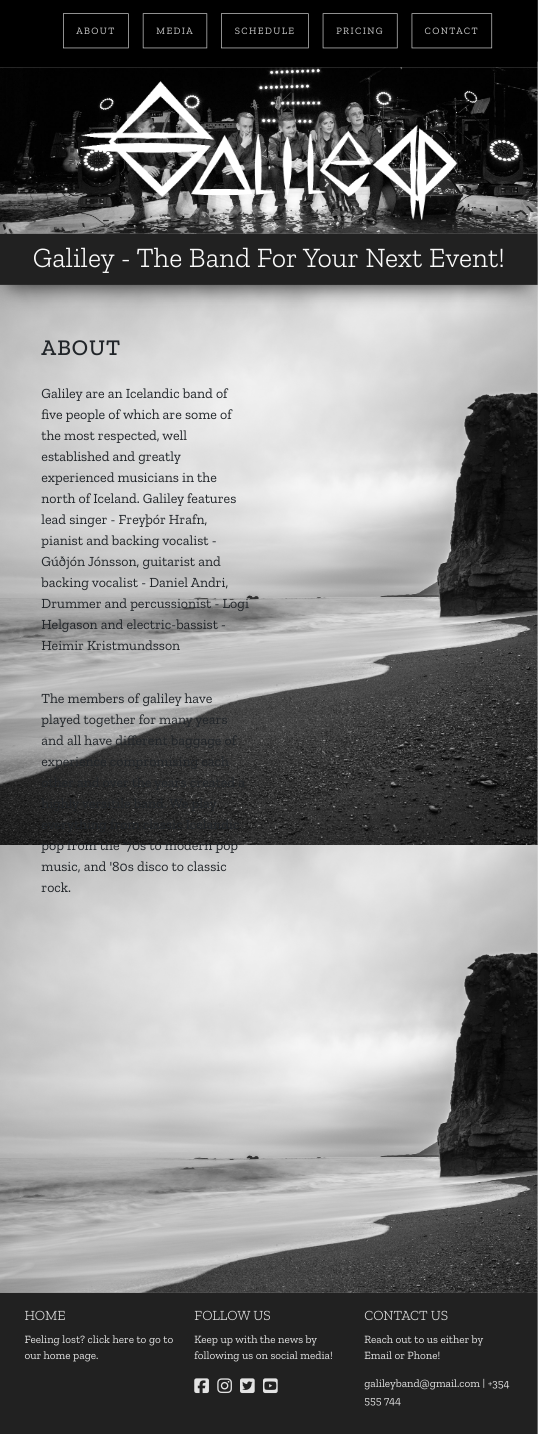
Repository: HeimirDavid/Galiley-Website
Page: index.html
The author's editor kept a record of every edit. The page is drawn from the files as they stood at one moment, then again after the next edit.
The browser window is 768 px wide. The pictures show the whole page, at 70% of full size.
Backgrounds fixed to the window are drawn as part of the page. Some web libraries are served in a nearby version.

Above is the page before.

### index.html
<!DOCTYPE html>
<html lang="en">

<head>
    <meta charset="UTF-8">
    <meta name="viewport" content="width=device-width, initial-scale=1.0">
    <meta http-equiv="X-UA-Compatible" content="ie=edge">

    <link rel="stylesheet" href="https://stackpath.bootstrapcdn.com/bootstrap/4.3.1/css/bootstrap.min.css" integrity="sha384-ggOyR0iXCbMQv3Xipma34MD+dH/1fQ784/j6cY/iJTQUOhcWr7x9JvoRxT2MZw1T" crossorigin="anonymous">
    <link rel="stylesheet" href="https://cdnjs.cloudflare.com/ajax/libs/hover.css/2.3.1/css/hover-min.css" type="text/css" />
    <link rel="stylesheet" href="assets/css/style.css" type="text/css" />

    <script src="https://code.jquery.com/jquery-3.3.1.slim.min.js" integrity="sha384-q8i/X+965DzO0rT7abK41JStQIAqVgRVzpbzo5smXKp4YfRvH+8abtTE1Pi6jizo" crossorigin="anonymous"></script>
    <script src="https://cdnjs.cloudflare.com/ajax/libs/popper.js/1.14.7/umd/popper.min.js" integrity="sha384-UO2eT0CpHqdSJQ6hJty5KVphtPhzWj9WO1clHTMGa3JDZwrnQq4sF86dIHNDz0W1" crossorigin="anonymous"></script>
    <script src="https://stackpath.bootstrapcdn.com/bootstrap/4.3.1/js/bootstrap.min.js" integrity="sha384-JjSmVgyd0p3pXB1rRibZUAYoIIy6OrQ6VrjIEaFf/nJGzIxFDsf4x0xIM+B07jRM" crossorigin="anonymous"></script>
    <script src="https://kit.fontawesome.com/2ea8c5e5d2.js" crossorigin="anonymous"></script>

    <title>Galiley</title>
</head>

<body>
    <header>
        <!------ Header Navigation Menu, Mainly written with bootstrap  ------>
        <div class="row no-gutters">
            <div class="col black-container">
                <nav class="navbar fixed-top navbar-expand-md navbar-dark bg-dark" id="navbar-black-color"> <!-- Navbar position with help of this  -->
                    <a class="navbar-brand" href="index.html">Galiley - Home</a>                            <!-- tutorial: https://www.youtube.com/watch?v=NzjU1GmKosQ&t=90s  -->
                    <button class="navbar-toggler" type="button" data-toggle="collapse" data-target="#navbarSupportedContent" aria-controls="navbarSupportedContent" aria-expanded="false" aria-label="Toggle navigation">
                    <span class="navbar-toggler-icon"></span></button>
                    <div class="collapse navbar-collapse" id="navbarSupportedContent">
                        <ul class="navbar-nav m-auto">
                            <li class="nav-item menuitem">
                                <a class="nav-link" href="index.html"><span>About</span></a>
                            </li>
                            <li class="nav-item menuitem">
                                <a class="nav-link" href="media.html"><span>Media</span></a>
                            </li>
                            <li class="nav-item menuitem">
                                <a class="nav-link" href="schedule.html"><span>Schedule</span></a>
                            </li>
                            <li class="nav-item menuitem">
                                <a class="nav-link" href="pricing.html"><span>Pricing</span></a>
                            </li>
                            <li class="nav-item menuitem">
                                <a class="nav-link" href="contact.html"><span>Contact</span></a>
                            </li>
                        </ul>
                    </div>
                </nav>
            </div>
        </div>

        <!------ Header Logo Image ------>
        <div class="logo-container">
            <div class="row no-gutters">
                <div class="col header-background-img">
                    <a href="#">
                    <img class="logo-white" src="assets/images/galiley_vit.png">
                </a>
                </div>
            </div>
        </div>

        <!------ Header Text  ------>
        <div class="row no-gutters">
            <div class="col h1-heading">
                <h1>Galiley - The Band For Your Next Event!</h1>
            </div>
        </div>
    </header>

    <!-- About section, inspired by sample projects at CI more specific Haley Schafer - StudentExampleProjectGradeFive-->
    <section id="about-image">
        <div class="container">
            <div class="row about-row">
                <div class="col-md-6">
                    <h2 class="header-h2 uppercase">
                        About
                    </h2>
                    <p class="about-text">
                        Galiley are an Icelandic band of five people of which are some of the most respected, well established
                        and greatly experienced musicians in the north of Iceland. Galiley features lead singer - Freyþór Hrafn,
                        pianist and backing vocalist - Gúðjón Jónsson, guitarist and backing vocalist - Daniel Andri, Drummer and
                        percussionist - Logi Helgason and electric-bassist - Heimir Kristmundsson
                    </p>
                    <p class="about-text">
                        The members of galiley have played together for many
                        years and all have different baggage of experience compromising each other and over the years created a highly
                        versitile band. We play everything from classic Icelandic pop from the '70s to modern pop music, and
                        '80s disco to classic rock.
                    </p>
                </div>
            </div>
        </div>
    </section>

    <footer>        <!------ Footer section, Mainly structured and written with the help from CI tutorials from the Resume-Project.
                             Since i liked the design and strucure and felt that it fits well within this project. ------>
        <div class="container-fluid">
            <div class="row" id="footer-details">
                <div class="col-sm-4">
                    <h5 class="uppercase footer-heading">
                        <a href="index.html" class="footer-links">Home</a>
                    </h5>
                    <p class="inline-block">Feeling lost? click here to go to our home page.</p>
                </div>

                <div class="col-sm-4">
                    <h5 class="uppercase footer-heading">Follow Us</h5>
                    <p class="inline-block">Keep up with the news by following us on social media!</p>
                    <ul class="list-inline social-media-links">
                        <li class="list-inline-item">
                            <a class="footer-links" target="_blank" href="https://www.facebook.com/GalileyBand/">
                                <i class="fab fa-facebook-square"></i>
                                <span class="sr-only">Facebook</span>
                            </a>
                        </li>
                        <li class="list-inline-item">
                            <a class="footer-links" target="_blank" href="#">
                                <i class="fab fa-instagram"></i>
                                <span class="sr-only">Instagram</span>
                            </a>
                        </li>
                        <li class="list-inline-item">
                            <a class="footer-links" target="_blank" href="#">
                                <i class="fab fa-twitter-square"></i>
                                <span class="sr-only">Twitter</span>
                            </a>
                        </li>
                        <li class="list-inline-item">
                            <a class="footer-links" target="_blank" href="#">
                                <i class="fab fa-youtube-square"></i>
                                <span class="sr-only">Youtube</span>
                            </a>
                        </li>
                    </ul>
                </div>

                <div class="col-sm-4">
                    <h5 class="uppercase footer-heading">Contact Us</h5>
                    <p class="inline-block">Reach out to us either by Email or Phone!</p>
                    <p>galileyband@gmail.com | +354 555 744</p>
                </div>
            </div>
        </div>
    </footer>
</body>

</html>

### assets/css/style.css
@import url('https://fonts.googleapis.com/css?family=Zilla+Slab:300,400,500,600,700&display=swap');

body {
    font-family: 'Zilla Slab', serif;
    background-color: #e3e3e3;

}

/*--------------------------------- Colour */

.green-color {
    color: #35af7e;
}

.wine-red-color {
    color: #b11226;
}

/*------------------------------- Special padding/margins/text */

h1, h2, h3, h4, h5 {
    margin: 0;
}

.uppercase {
    text-transform: uppercase;
}

.inline-block {
    display: inline-block;
}


/*--------------------------------- Navbar/Menu */

.navbar {
    opacity: 0.9;
    text-align: center;
    padding-bottom: 1.2em;
}

.menuitem {
    height: 50px;
    text-align: center;
    padding-left: 10px;
    padding-right: 10px;
    margin: 0px 10px 0px 10px;
    border: 1px solid #e3e3e3;
    transition: ease-in-out 0.3s;
    -moz-transition: ease-in-out 0.3s;
    -webkit-transition: ease-in-out 0.3s;
    -o-transition: ease-in-out 0.3s;
}

.menuitem a {
    width: 100%;
    text-decoration: none;
    color: #e3e3e3;
    height: 120px;
}

.menuitem a i {
    padding-top: 22px;
    display: block;
    color: #e3e3e3;
    font-size: 26px;
}

.menuitem span {
    display: block;
    width: 100%;
    padding-top: 5px;
    text-align: center;
    text-transform: uppercase;
    font-size: 14px;
    font-weight: 400;
    letter-spacing: 2px;
    transition: ease-in-out 0.3s;
    -moz-transition: ease-in-out 0.3s;
    -webkit-transition: ease-in-out 0.3s;
    -o-transition: ease-in-out 0.3s;
    color: #e3e3e3;

}

.menuitem:hover {
    background-color: #e3e3e3;
}

.menuitem:hover.menuitem span {
    color: #212121;
}

.navbar::before,     /* Before and After used from inspiration of this tutorial: https://www.youtube.com/watch?v=zGiirUiWslI   */
.navbar::after {
    content: "";
    margin-left: 2em;
    margin-right: 2em;
    width: 18%;
    height: 0.2em;
    background-color: #e3e3e3;
}

.navbar::after {
    width: 20%;
}

.fixed-top {
    padding-top: 1.2em;
}

.navbar-brand {
    display: none;
}

#navbar-black-color {
    background-color: #000!important;
}




/*--------------------------------- Header */

.black-container {
    position: relative;
    top: 0;
    left: 0;
    width: 100%;
    height:6em;
    background-color: #000;
}

.h1-heading {
    color: #fafafa;
    padding: 10px 0px 15px 0px;
    text-align: center;
    background-color: #212121;
    box-shadow: 0px 10px 30px -10px #212121;
}

.h1-heading h1 {
    font-weight: 300;
}

.header-background-img {
    display: block;
    background-image: url("../images/galiley_diddi.jpg");
    padding: 20px;
    background-size: cover;
}

/*
.logo-container {
    margin-top: 7%;
}
*/

.logo-white {
    opacity: 1.9;
    display: block;
    margin-left: auto;
    margin-right: auto;
    width: 70%;
}

/*--------------------------------- Footer */

footer {
    background-color: #212121;
    color: #e3e3e3;
    min-height: 100px;
    margin: 0;
}

.footer-heading {
    font-weight: 300;
    text-decoration: none;
    margin-bottom: 10px;
}

.footer-heading a {
    transition: ease-in-out 0.3s;
    -moz-transition: ease-in-out 0.3s;
    -webkit-transition: ease-in-out 0.3s;
    -o-transition: ease-in-out 0.3s;
}

.footer-heading a:hover {
    color: #a5a5a5;
    text-decoration: none;
}

.footer-links {
    color: #e3e3e3;
}

.social-media-links {
    padding-bottom: 10px;
}

.social-media-links li a i {
    font-size: x-large;
    padding: 10px 0px;
    line-height: 10px;
    transition: ease-in-out 0.3s;
    -moz-transition: ease-in-out 0.3s;
    -webkit-transition: ease-in-out 0.3s;
    -o-transition: ease-in-out 0.3s;
}

.social-media-links li a i:hover {
    color: #35af7e;
}

#footer-details {
    padding: 20px;
}

/*--------------------------------- About Section */

.about-row {
    padding: 60px 10px 20px 10px;
}

.header-h2 {
    font-weight: 500;
    padding: 10px 10px 20px 10px;
    letter-spacing: 1.5px;
}

.about-text {
    font-size: 20px;
    padding: 10px 10px 20px 10px;
}

/*--------------------------------- Media Queries */

@media (max-width: 767px) {
    .navbar::before,
    .navbar::after {
        display: none;
    }

    .navbar-brand {
        display: block;
    }

    .fixed-top {
        padding: 1em;
    }
}

@media (min-width: 767px) {
    #about-image {
    background-image: url("../images/about-sea-image.jpg");
    background-attachment: fixed;
    background-size: cover;
    height: 100vh;
    width: 100%;
    }

}

@media (min-width: 767px) and (max-width: 1000px) {
    #about-image {
    background-image: url("../images/about-sea-image.jpg");
    background-attachment: fixed;
    background-size: cover;
    height: 180vh;
    width: 100%;
    }
}

After the next edit:
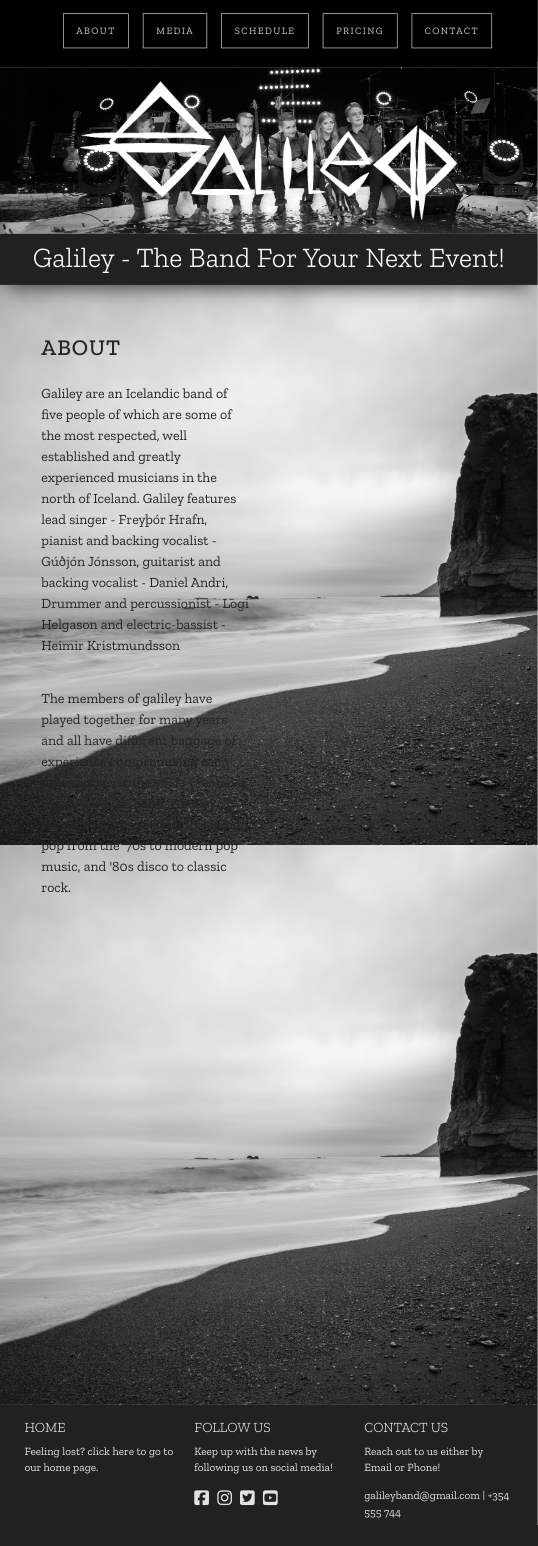
The edit:
--- a/assets/css/style.css
+++ b/assets/css/style.css
@@ -267,7 +267,7 @@
     background-image: url("../images/about-sea-image.jpg");
     background-attachment: fixed;
     background-size: cover;
-    height: 180vh;
-    width: 100%;
-    }
-}
+    height: 200vh;
+    width: 100%;
+    }
+}
